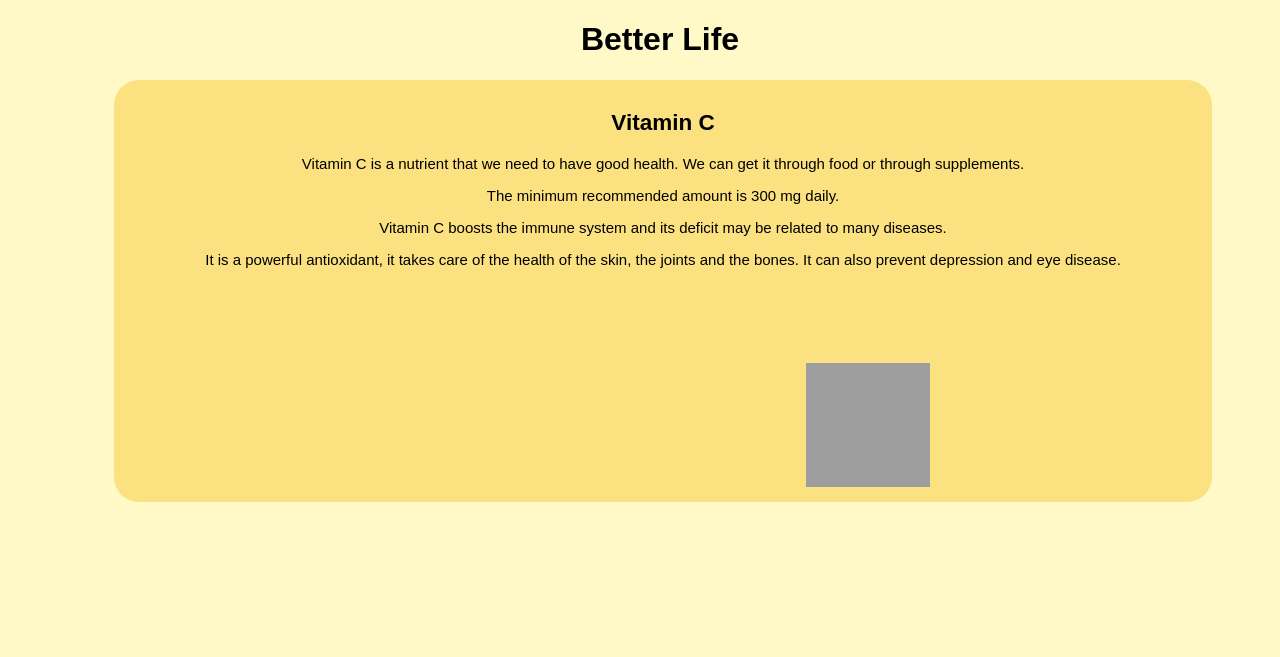
Repository: DSerenoG/Assessment2
Page: suplement_1.html
The author's editor kept a record of every edit. The page is drawn from the files as they stood at one moment, then again after the next edit.
The browser window is 1280 px wide. The pictures show the whole page.
Pictures or frames that could not be fetched are drawn as grey boxes.

Above is the page before.

After the next edit:
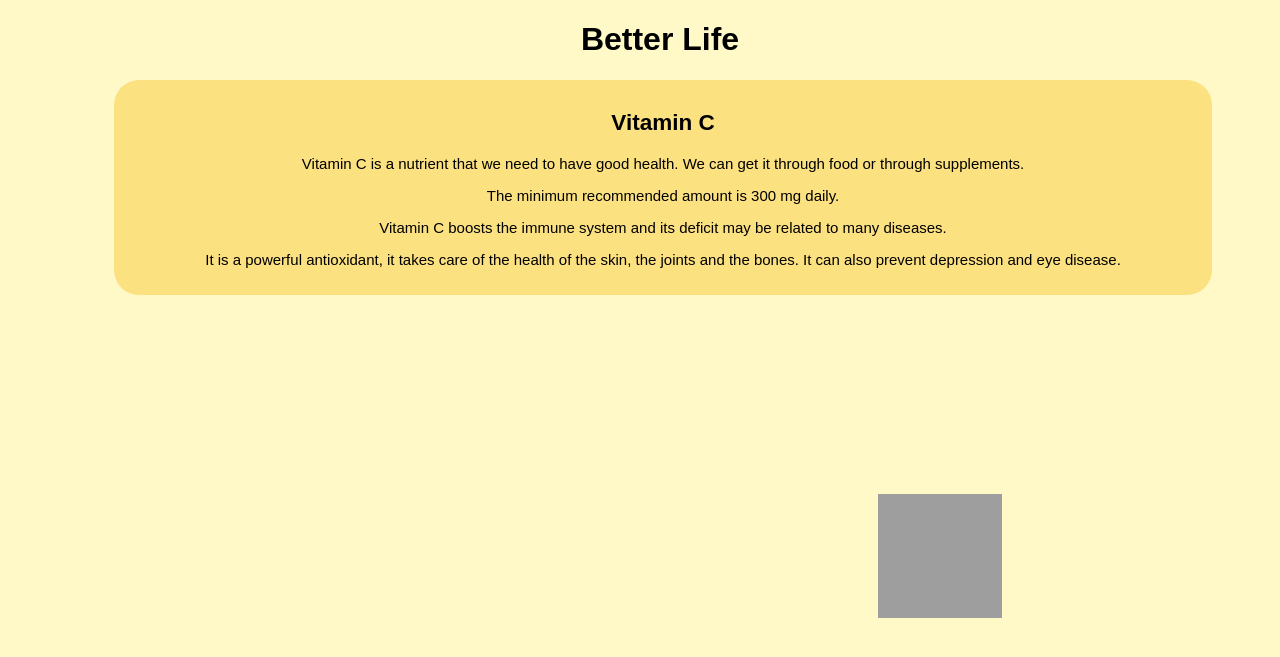
The edit:
--- a/suplement_1.html
+++ b/suplement_1.html
@@ -23,9 +23,10 @@
             <p>It is a powerful antioxidant, it takes care of the health of the skin, the joints and the bones. It can also prevent depression and eye disease.</p>
 
 
-        <div id="image">
+
+    </div>
+    <div id="image">
             <img src="images/vitamin.png" alt="Vitamin" height="124" width="124">
-        </div>
     </div>
 </body>
 </html>
